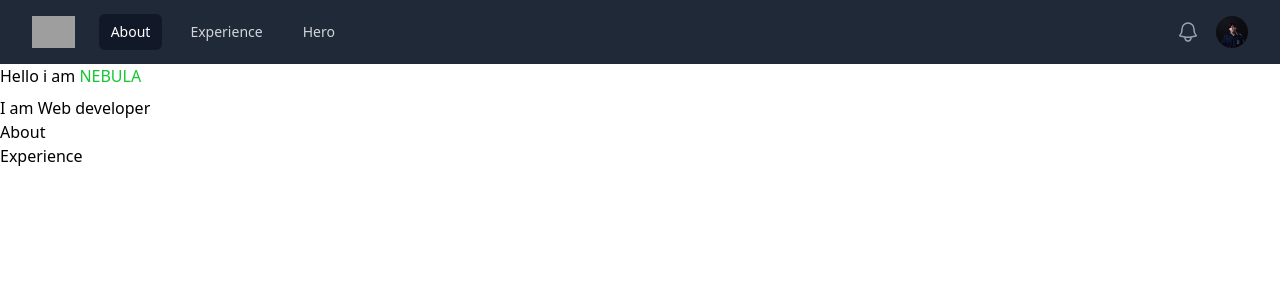
Repository: supakorn5039-boon/React-f
Page: /
An editor plug-in stored every save of this project. The page is shown before and after the next save, followed by the edit.
The browser window is 1280 px wide. The pictures show the whole page.
Pictures or frames that could not be fetched are drawn as grey boxes. The project was rebuilt for these pictures with package versions that can differ from the ones it lists, and the page was loaded fresh each time. Also part of the build but not shown: vite.config.js.

Above is the page before, as saved 2024-01-09 10:53:27.

### src/App.jsx
import Navbar from "./components/navbar";
import Hero from "./components/Hero";
import About from "./components/About";
import Experience from "./components/Experience";

export default function App() {
  return (
    <>
      <Navbar />
      <Hero />
      <About />
      <Experience />
    </>
  );
}

### src/components/navbar.jsx
import { Fragment } from "react";
import { Disclosure, Menu, Transition } from "@headlessui/react";
import { Bars3Icon, BellIcon, XMarkIcon } from "@heroicons/react/24/outline";
import boon from "../assets/Photo.jpg";
const navigation = [
  { name: "About", href: "#about", current: true },
  { name: "Experience", href: "#experience", current: false },
  { name: "Hero", href: "#hero", current: false },
];

function classNames(...classes) {
  return classes.filter(Boolean).join(" ");
}

export default function Navbar() {
  return (
    <Disclosure as="nav" className="bg-gray-800">
      {({ open }) => (
        <>
          <div className="mx-auto max-w-7xl px-2 sm:px-6 lg:px-8">
            <div className="relative flex h-16 items-center justify-between">
              <div className="absolute inset-y-0 left-0 flex items-center sm:hidden">
                {/* Mobile menu button*/}
                <Disclosure.Button className="relative inline-flex items-center justify-center rounded-md p-2 text-gray-400 hover:bg-gray-700 hover:text-white focus:outline-none focus:ring-2 focus:ring-inset focus:ring-white">
                  <span className="absolute -inset-0.5" />
                  <span className="sr-only">Open main menu</span>
                  {open ? (
                    <XMarkIcon className="block h-6 w-6" aria-hidden="true" />
                  ) : (
                    <Bars3Icon className="block h-6 w-6" aria-hidden="true" />
                  )}
                </Disclosure.Button>
              </div>
              <div className="flex flex-1 items-center justify-center sm:items-stretch sm:justify-start">
                <div className="flex flex-shrink-0 items-center">
                  <img
                    className="h-8 w-auto"
                    src="https://tailwindui.com/img/logos/mark.svg?color=indigo&shade=500"
                    alt="Your Company"
                  />
                </div>
                <div className="hidden sm:ml-6 sm:block">
                  <div className="flex space-x-4">
                    {navigation.map((item) => (
                      <a
                        key={item.name}
                        href={item.href}
                        className={classNames(
                          item.current
                            ? "bg-gray-900 text-white"
                            : "text-gray-300 hover:bg-gray-700 hover:text-white",
                          "rounded-md px-3 py-2 text-sm font-medium"
                        )}
                        aria-current={item.current ? "page" : undefined}
                      >
                        {item.name}
                      </a>
                    ))}
                  </div>
                </div>
              </div>
              <div className="absolute inset-y-0 right-0 flex items-center pr-2 sm:static sm:inset-auto sm:ml-6 sm:pr-0">
                <button
                  type="button"
                  className="relative rounded-full bg-gray-800 p-1 text-gray-400 hover:text-white focus:outline-none focus:ring-2 focus:ring-white focus:ring-offset-2 focus:ring-offset-gray-800"
                >
                  <span className="absolute -inset-1.5" />
                  <span className="sr-only">View notifications</span>
                  <BellIcon className="h-6 w-6" aria-hidden="true" />
                </button>

                {/* Profile dropdown */}
                <Menu as="div" className="relative ml-3">
                  <div>
                    <Menu.Button className="relative flex rounded-full bg-gray-800 text-sm focus:outline-none focus:ring-2 focus:ring-white focus:ring-offset-2 focus:ring-offset-gray-800">
                      <span className="absolute -inset-1.5" />
                      <span className="sr-only">Open user menu</span>
                      <img className="h-8 w-8 rounded-full" src={boon} alt="" />
                    </Menu.Button>
                  </div>
                  <Transition
                    as={Fragment}
                    enter="transition ease-out duration-100"
                    enterFrom="transform opacity-0 scale-95"
                    enterTo="transform opacity-100 scale-100"
                    leave="transition ease-in duration-75"
                    leaveFrom="transform opacity-100 scale-100"
                    leaveTo="transform opacity-0 scale-95"
                  >
                    <Menu.Items className="absolute right-0 z-10 mt-2 w-48 origin-top-right rounded-md bg-white py-1 shadow-lg ring-1 ring-black ring-opacity-5 focus:outline-none">
                      <Menu.Item>
                        {({ active }) => (
                          <a
                            href="#"
                            className={classNames(
                              active ? "bg-gray-100" : "",
                              "block px-4 py-2 text-sm text-gray-700"
                            )}
                          >
                            Your Profile
                          </a>
                        )}
                      </Menu.Item>
                      <Menu.Item>
                        {({ active }) => (
                          <a
                            href="#"
                            className={classNames(
                              active ? "bg-gray-100" : "",
                              "block px-4 py-2 text-sm text-gray-700"
                            )}
                          >
                            Settings
                          </a>
                        )}
                      </Menu.Item>
                      <Menu.Item>
                        {({ active }) => (
                          <a
                            href="#"
                            className={classNames(
                              active ? "bg-gray-100" : "",
                              "block px-4 py-2 text-sm text-gray-700"
                            )}
                          >
                            Sign out
                          </a>
                        )}
                      </Menu.Item>
                    </Menu.Items>
                  </Transition>
                </Menu>
              </div>
            </div>
          </div>

          <Disclosure.Panel className="sm:hidden">
            <div className="space-y-1 px-2 pb-3 pt-2">
              {navigation.map((item) => (
                <Disclosure.Button
                  key={item.name}
                  as="a"
                  href={item.href}
                  className={classNames(
                    item.current
                      ? "bg-gray-900 text-white"
                      : "text-gray-300 hover:bg-gray-700 hover:text-white",
                    "block rounded-md px-3 py-2 text-base font-medium"
                  )}
                  aria-current={item.current ? "page" : undefined}
                >
                  {item.name}
                </Disclosure.Button>
              ))}
            </div>
          </Disclosure.Panel>
        </>
      )}
    </Disclosure>
  );
}

### src/components/Hero.jsx
export default function Hero() {
  return (
    <section className="">
      <div>
        <div>
          <h1 className="heroHeadText">
            Hello i am <span className="text-[#16c734]">NEBULA</span>
          </h1>
          <p className="heroSubText mt-2 text-white-100">
            I am Web developer <br/>

          </p>
        </div>
      </div>
    </section>
  );
}

Loaded but not shown: index.html (common file); src/main.jsx (common file); src/index.css (common file); src/components/About.jsx (common file); src/components/Experience.jsx (common file); tailwind.config.js (common file)

After the next save:
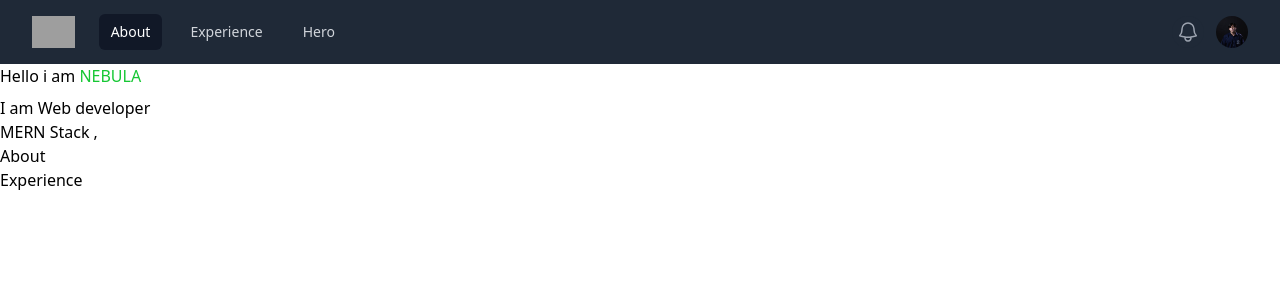
Saved 11 s later.
--- a/src/components/Hero.jsx
+++ b/src/components/Hero.jsx
@@ -8,7 +8,7 @@ export default function Hero() {
           </h1>
           <p className="heroSubText mt-2 text-white-100">
             I am Web developer <br/>
-
+            MERN Stack ,
           </p>
         </div>
       </div>
